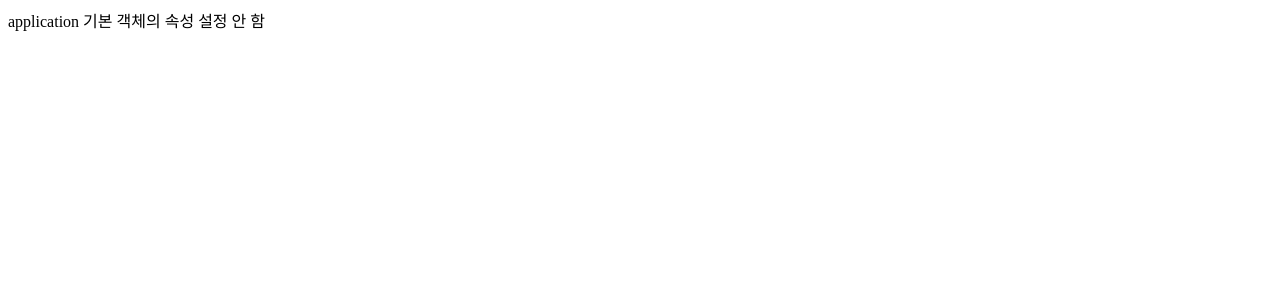
Repository: jjanggu1990/kh_java
Page: http://localhost/JSP_EX/day0321/setApplicationAttribute.jsp
An editor plug-in stored every save of this project. The page is shown before and after the next save, followed by the edit.
The browser window is 1280 px wide. The pictures show the whole page.
The page is served by Tomcat 9. Other server files are loaded and not shown.

Above is the page before, as saved 2016-03-21 10:05:12.

### workspace/JSP_EX/WebContent/day0321/setApplicationAttribute.jsp
<%@ page contentType = "text/html; charset=utf-8" %>
<%
	String name = request.getParameter("name");
	String value = request.getParameter("value");

	if (name != null && value != null) {
		application.setAttribute(name, value);
	}
%>

<html>
<head><title>application 속성 지정</title></head>
<body>
<%
	if (name != null && value != null) {
%>
application 기본 객체의 속성 설정:
 <%= name %> = <%= value %>
<%
	} else {
%>
application 기본 객체의 속성 설정 안 함
<%
	}
%>
</body>
</html>

After the next save:
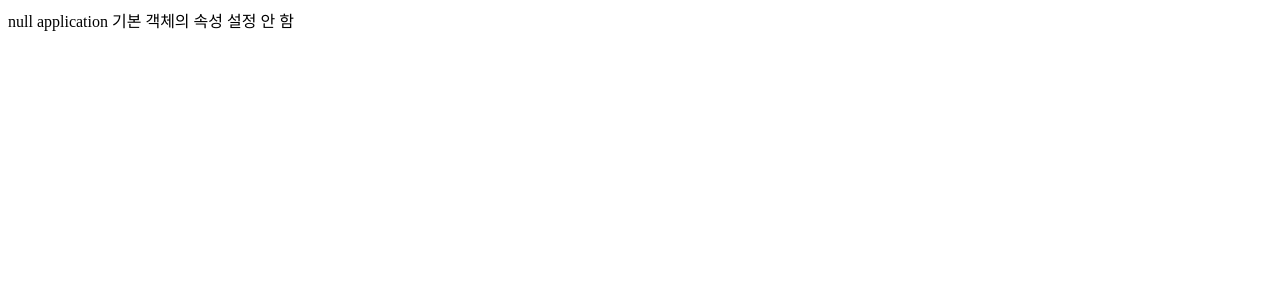
Saved 112 s later.
--- a/workspace/JSP_EX/WebContent/day0321/setApplicationAttribute.jsp
+++ b/workspace/JSP_EX/WebContent/day0321/setApplicationAttribute.jsp
@@ -1,6 +1,7 @@
 <%@ page contentType = "text/html; charset=utf-8" %>
 <%
 	String name = request.getParameter("name");
+out.println(name);
 	String value = request.getParameter("value");
 
 	if (name != null && value != null) {
